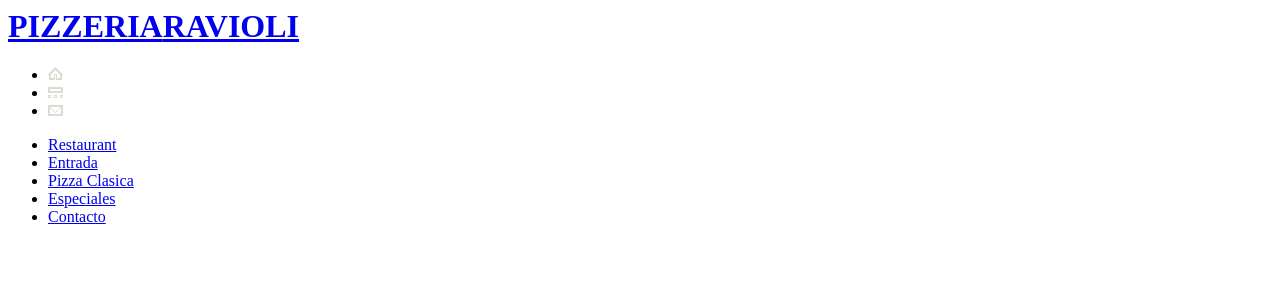
Repository: ProSoft-PDSI/sdsddo
Page: http://localhost/sdsr/Cabecera.jsp
An editor plug-in stored every save of this project. The page is shown before and after the next save, followed by the edit.
The browser window is 1280 px wide. The pictures show the whole page.
The page is served by Tomcat 9. Other server files are loaded and not shown.

Above is the page before, as saved 2014-07-23 00:13:27.
Console error: ReferenceError: $ is not defined

### Web/sdsr/WebContent/Cabecera.jsp
<%@ page language="java" contentType="text/html; charset=ISO-8859-1"
    pageEncoding="ISO-8859-1"%>
<%@ taglib prefix="c" uri="http://java.sun.com/jsp/jstl/core" %>
<script>
	$(document).ready(function(){
		$("#menu a").click(function(){
			$("#menu li").removeClass("active");
			$("this").parent().addClass("active");
		});
	});

</script>
<a href="home.jsp" id="ac_content" class="ac_content" target="frame">
<h1><span>PIZZERIA</span>RAVIOLI</h1></a>
<nav>
	<c:if test="${sessionScope.user != null}">
				<span id="inicio">Bienvenido <c:out value="${sessionScope.user.usuario}"></c:out> !!!! | <a href="CerrarSesion">Cerrar Sesion</a></span><br />
	</c:if>
	<ul id="top_nav">
		<li><a href="index.jsp"><img src="images/icon_1.gif" alt=""></a></li>
		<c:if test="${sessionScope.user == null }">
			<li><a href="LoginRegistro.jsp" target="frame"><img src="images/icon_2.gif" alt="Login y Registro"></a></li>
		</c:if>
		<c:if test="${sessionScope.user != null }">
		<li><a href="ListaPedidos" target="frame"><img src="images/icon_4.gif" alt="Carrito"></a></li>
		</c:if>
		<li class="end"><a href="Contacto.jsp" target="frame"><img src="images/icon_3.gif" alt=""></a></li>
	</ul>
</nav>
<nav>
	<ul id="menu">
		<li><a href="home.jsp" target="frame">Restaurant</a></li>
		<li><a href="Entrada" target="frame">Entrada</a></li>
		<li><a href="Pizza" target="frame">Pizza Clasica</a></li>
		<li><a href="Especiales" target="frame">Especiales</a></li>
		<li><a href="Contacto.jsp" target="frame">Contacto</a></li>
	</ul>
</nav>

After the next save:
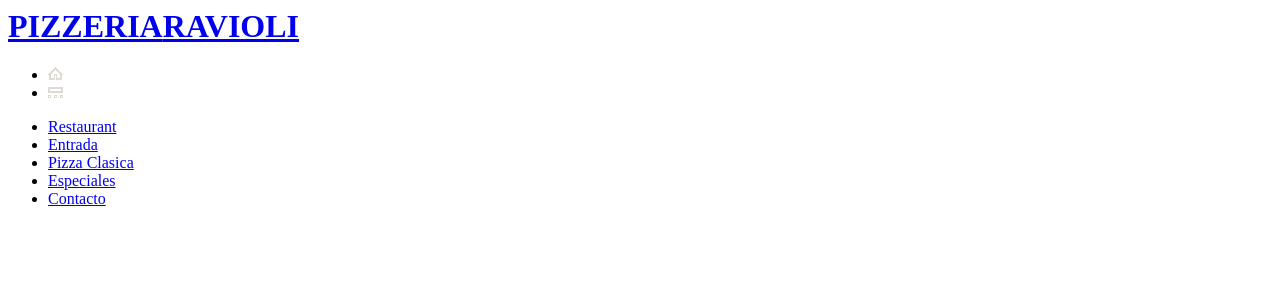
Saved 13 min 2 s later.
--- a/Web/sdsr/WebContent/Cabecera.jsp
+++ b/Web/sdsr/WebContent/Cabecera.jsp
@@ -24,7 +24,6 @@
 		<c:if test="${sessionScope.user != null }">
 		<li><a href="ListaPedidos" target="frame"><img src="images/icon_4.gif" alt="Carrito"></a></li>
 		</c:if>
-		<li class="end"><a href="Contacto.jsp" target="frame"><img src="images/icon_3.gif" alt=""></a></li>
 	</ul>
 </nav>
 <nav>
